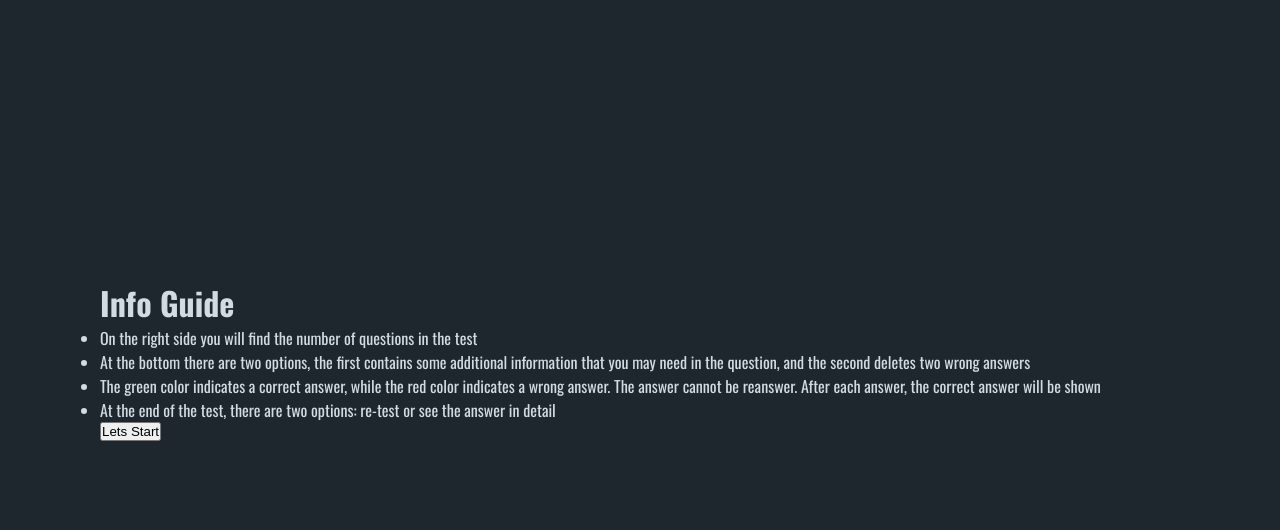
Repository: abdelrahmanahmed20021/Quiz-Platform
Page: index.html
The author's editor kept a copy of each file at every save. The page is drawn from the files as they stood at one save, then again after the next save.
The browser window is 1280 px wide. The pictures show the whole page.

Above is the page before, as saved 2023-01-12 00:49:24.
Console error: TypeError: Cannot read properties of null (reading 'addEventListener')

After the next save:
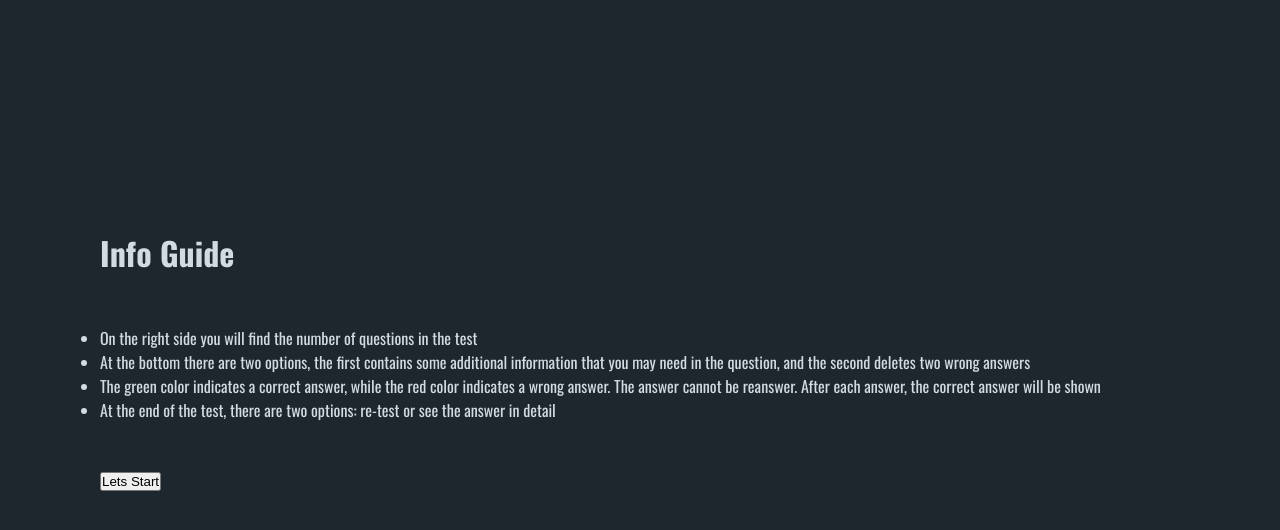
Saved 7 s later.
--- a/styles/index.css
+++ b/styles/index.css
@@ -320,5 +320,6 @@ body>section .container_2 .icons_helper .google {
     align-items: flex-start;
     flex-direction: column;
     padding: 100px;
+    gap: 50px;
 }
 /* ========= Actives || Class || Styles ||  ========= */
